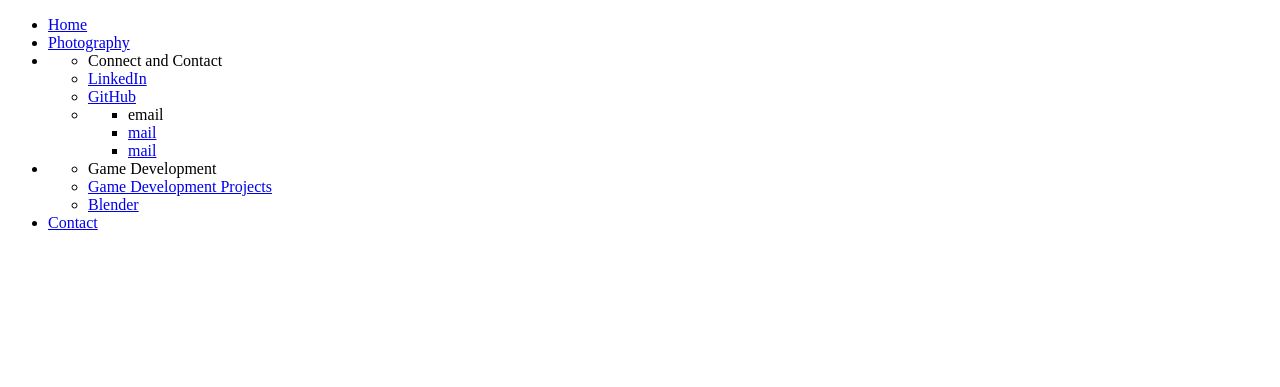
Repository: Argivist/ArgPortfolio
Page: index.html
An editor plug-in stored every save of this project. The page is shown before and after the next save, followed by the edit.
The browser window is 1280 px wide. The pictures show the whole page.

Above is the page before, as saved 2025-03-28 14:32:55.

### index.html
<!DOCTYPE html>
<html lang="en">

<head>
    <meta charset="UTF-8">
    <meta name="viewport" content="width=device-width, initial-scale=1.0">
    <title>Hutton Amison-Addy</title>
</head>

<body>
    <nav>
        <ul>
            <li><a href="index.html">Home</a></li>
            <li> <a href="https://www.instagram.com/theworldinoneseye/">Photography</a></li>
            <!-- contact -->
            <li>
                <ul class="dropdown">
                    <li> Connect and Contact</li>
                    <li><a href="https://www.linkedin.com/in/hutton-amison-addy-7b1b3b1b1/">LinkedIn</a></li>
                    <li><a href="https://www.github.com/Argivist">GitHub</a></li>
                    <li>
                        <ul class="dropdownsecond">
                            <li>email</li>
                            <li><a href="mailto:hutton.amison@ashesi.edu.gh">mail</a></li>
                            <li><a href="mailto:huttonaaddy.public@gmail.com">mail</a></li>
                        </ul>
                    </li>
                </ul>

            </li>
            <li>
                <ul class="dropdown">
                    <li>Game Development</li>
                    <li><a href="game/index.html">Game Development Projects</a></li>
                    <li><a href="blender/index.html">Blender</a></li>
                </ul>
            </li>
            <li><a href="contact.html">Contact</a></li>
        </ul>
    </nav>
    <div>

    </div>

</body>

</html>

After the next save:
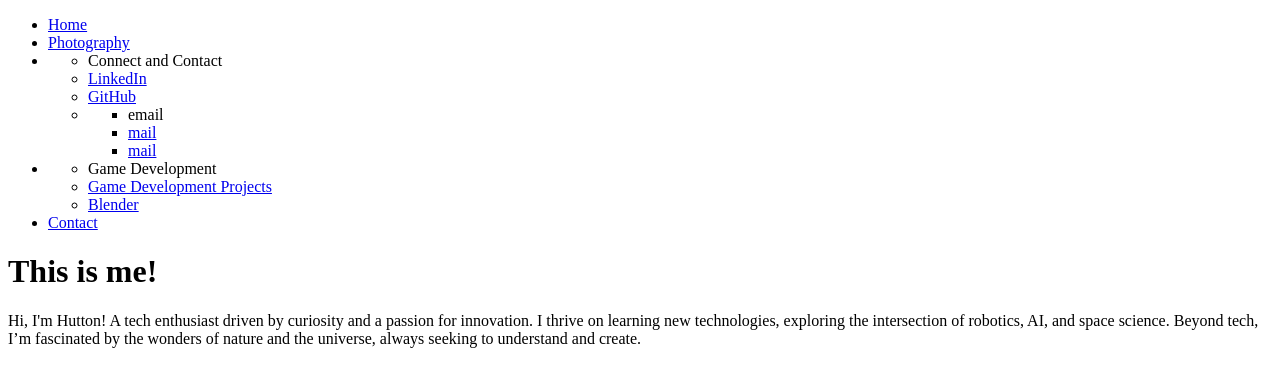
Saved 2 min 56 s later.
--- a/index.html
+++ b/index.html
@@ -39,7 +39,10 @@
         </ul>
     </nav>
     <div>
-
+        <h1> This is me!</h1>
+        <p class="desc">
+            Hi, I'm Hutton! A tech enthusiast driven by curiosity and a passion for innovation. I thrive on learning new technologies, exploring the intersection of robotics, AI, and space science. Beyond tech, I’m fascinated by the wonders of nature and the universe, always seeking to understand and create.
+        </p>
     </div>
 
 </body>
